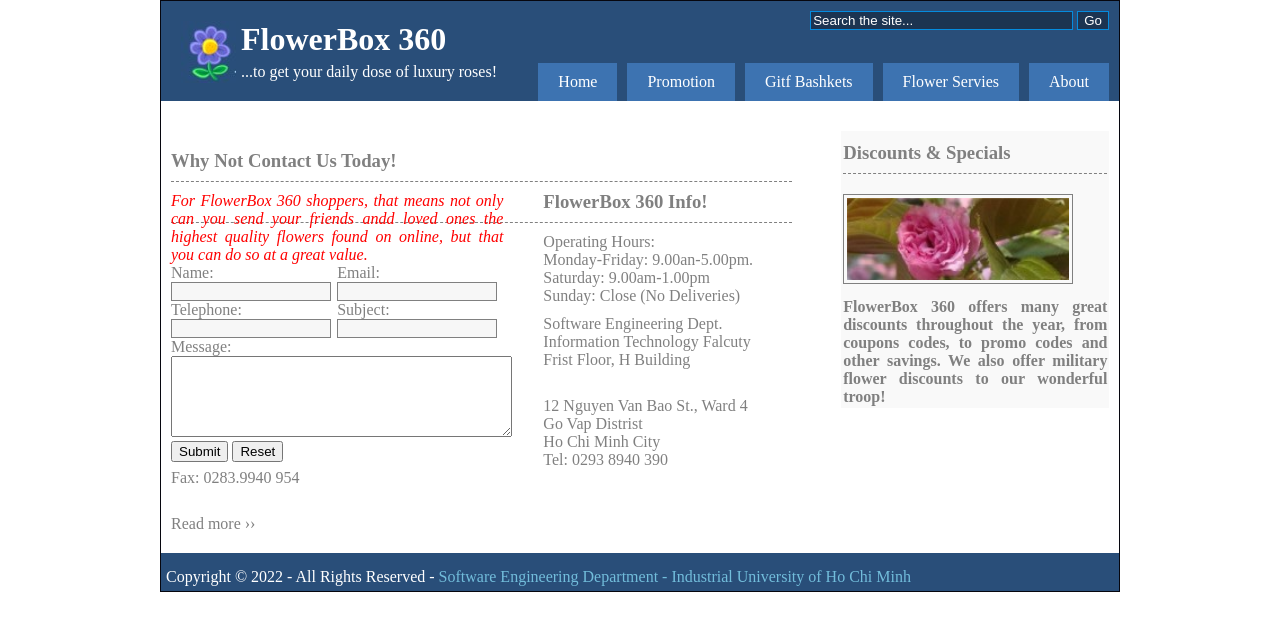
Repository: duongtheng/bai-tap-tuan-6
Page: html/index.html
An editor plug-in stored every save of this project. The page is shown before and after the next save, followed by the edit.
The browser window is 1280 px wide. The pictures show the whole page.

Above is the page before, as saved 2022-03-23 14:16:51.

After the next save:
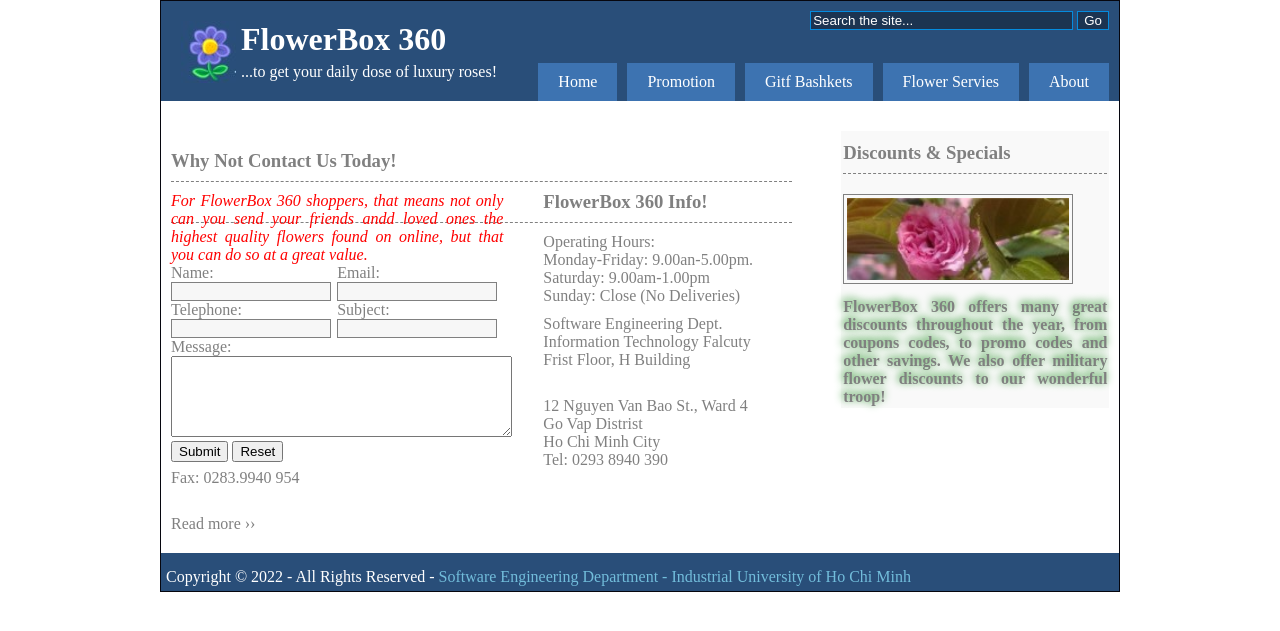
Saved 23 s later.
--- a/css/style.css
+++ b/css/style.css
@@ -148,7 +148,7 @@
 aside p:last-child{
     font-weight: bold;
     float: right;
-    text-shadow: green;
+    text-shadow: green -1px -2px 0.5em;
 }
 
 h3{

After the save that followed:
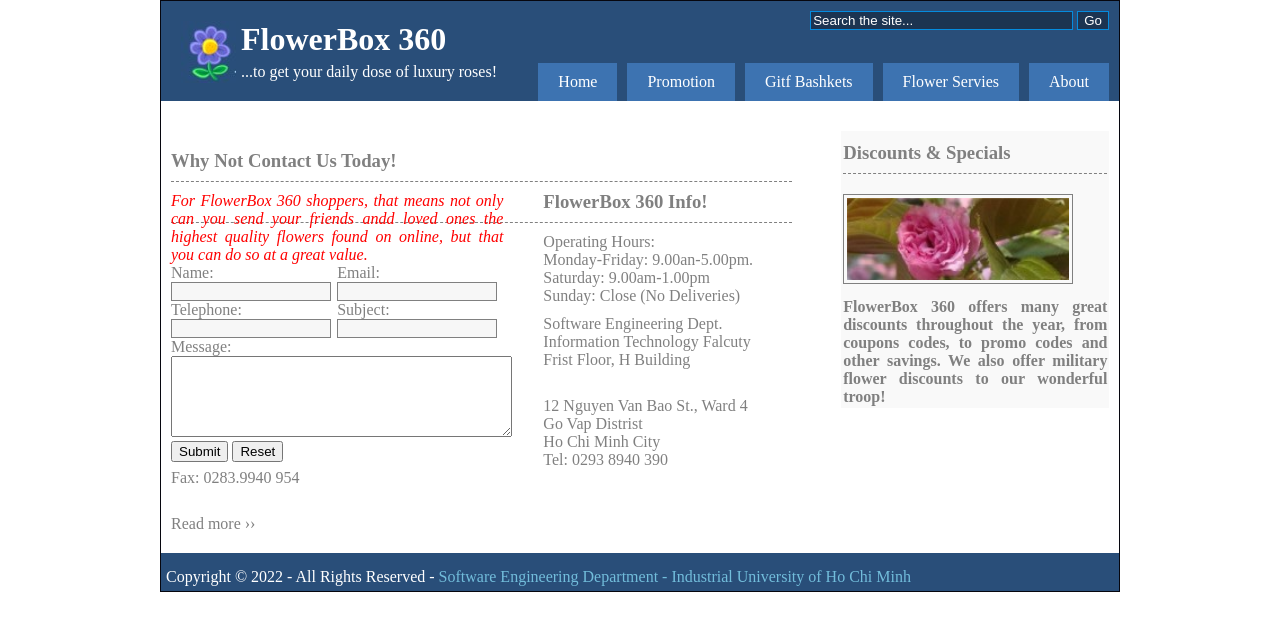
Saved 14 s later.
--- a/css/style.css
+++ b/css/style.css
@@ -148,7 +148,7 @@
 aside p:last-child{
     font-weight: bold;
     float: right;
-    text-shadow: green -1px -2px 0.5em;
+    text-shadow: green;
 }
 
 h3{
